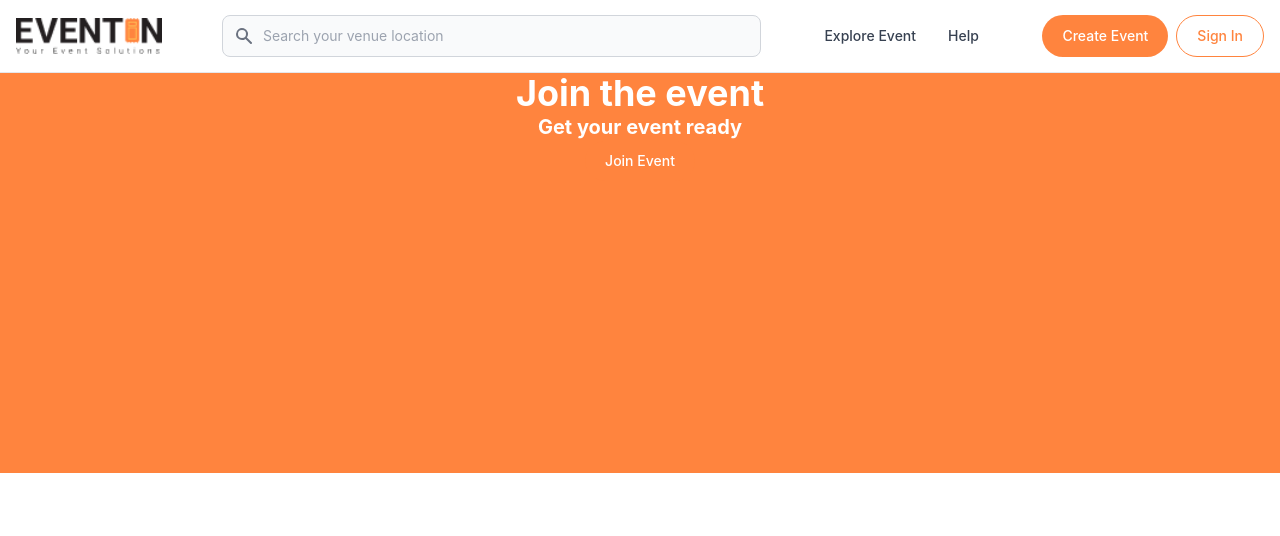
Repository: farrelmuhammad/eventon-indobild
Page: /
An editor plug-in stored every save of this project. The page is shown before and after the next save, followed by the edit.
The browser window is 1280 px wide. The pictures show the whole page.
The project was rebuilt for these pictures with package versions that can differ from the ones it lists, and the page was loaded fresh each time. Also part of the build but not shown: src/App.css.

Above is the page before, as saved 2023-02-07 16:14:10.

After the next save:
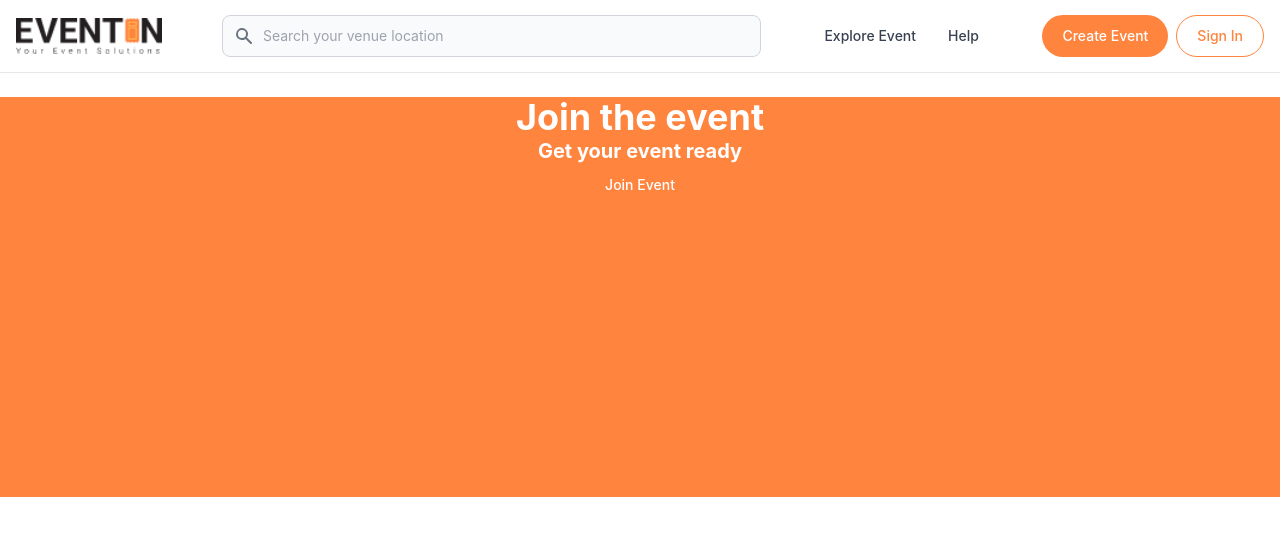
Saved 4 s later.
--- a/src/components/Banner.jsx
+++ b/src/components/Banner.jsx
@@ -13,7 +13,7 @@
                 </div>
             </div> */}
             <div class="bg-[#FF843E] h-[400px]">
-                <div class="container mx-auto">
+                <div class="container mx-auto mt-6">
                     <div class="flex flex-col items-center justify-center h-full">
                         <h1 class="text-4xl font-bold text-white">Join the event</h1>
                         <h2 class="text-xl font-bold text-white">Get your event ready</h2>

After the 2 saves that followed:
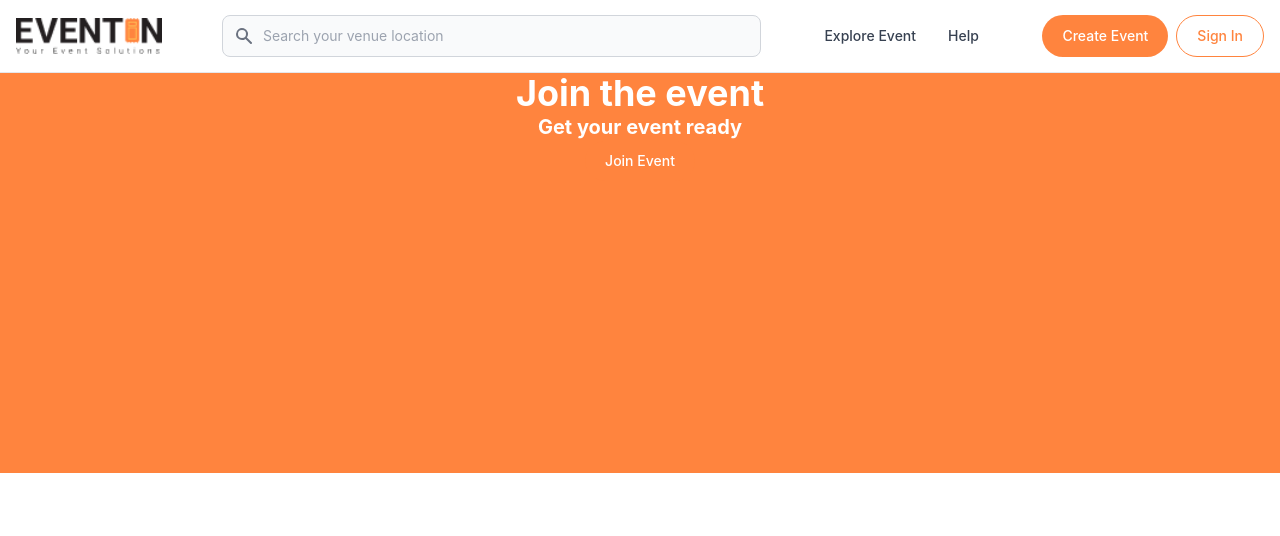
The 2 saves are shown as one change because they came seconds apart.
The last was saved 14 s later.
--- a/src/components/Banner.jsx
+++ b/src/components/Banner.jsx
@@ -13,7 +13,7 @@
                 </div>
             </div> */}
             <div class="bg-[#FF843E] h-[400px]">
-                <div class="container mx-auto mt-6">
+                <div class="container mx-auto">
                     <div class="flex flex-col items-center justify-center h-full">
                         <h1 class="text-4xl font-bold text-white">Join the event</h1>
                         <h2 class="text-xl font-bold text-white">Get your event ready</h2>
